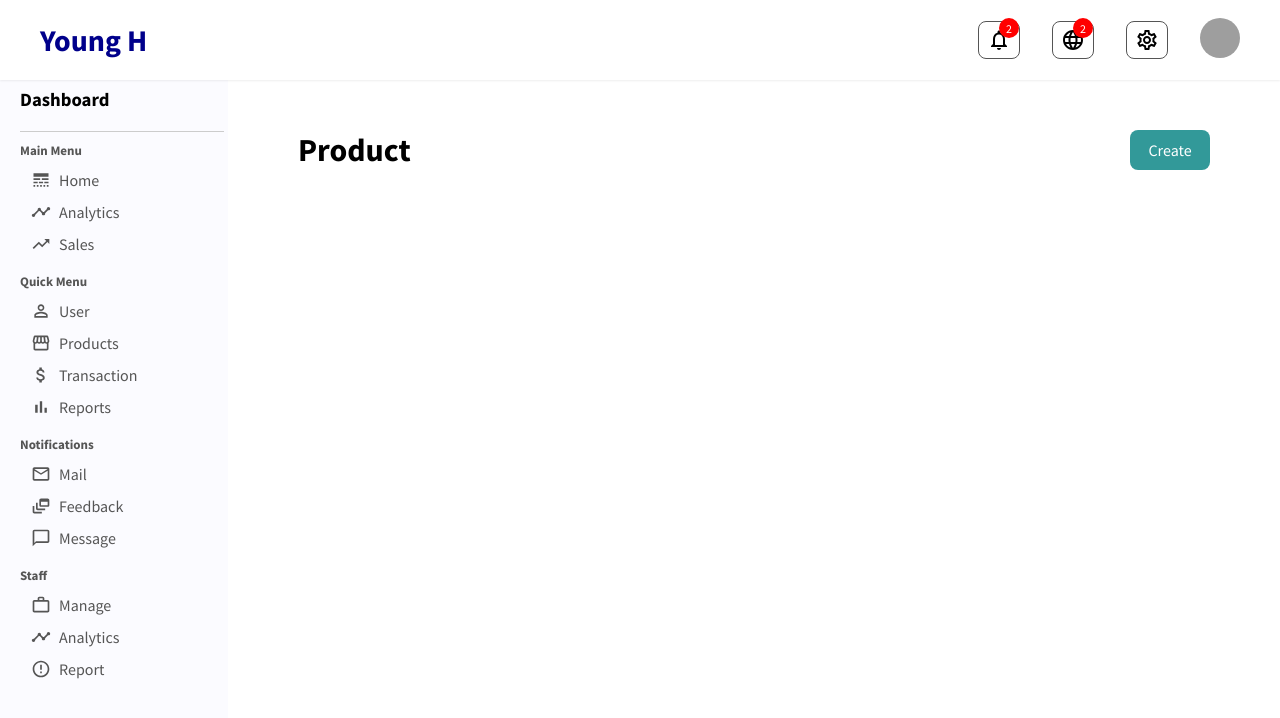
Repository: noname20011/admin
Page: /product/1
An editor plug-in stored every save of this project. The page is shown before and after the next save, followed by the edit.
The browser window is 1280 px wide. The pictures show the whole page.
Pictures or frames that could not be fetched are drawn as grey boxes. The project was rebuilt for these pictures with package versions that can differ from the ones it lists, and the page was loaded fresh each time. Also part of the build but not shown: src/pages/home/home.css, src/comopnents/featureInfo/feature.css, src/comopnents/featureInfo/Feature.jsx, src/comopnents/chart/chart.css, src/comopnents/chart/Chart.jsx, src/comopnents/widgetSm/widgetSm.css, src/comopnents/widgetSm/WidgetSm.jsx, src/comopnents/widgetLg/widgetLg.css and 13 more.

Above is the page before, as saved 2021-11-14 16:21:20.

After the next save:
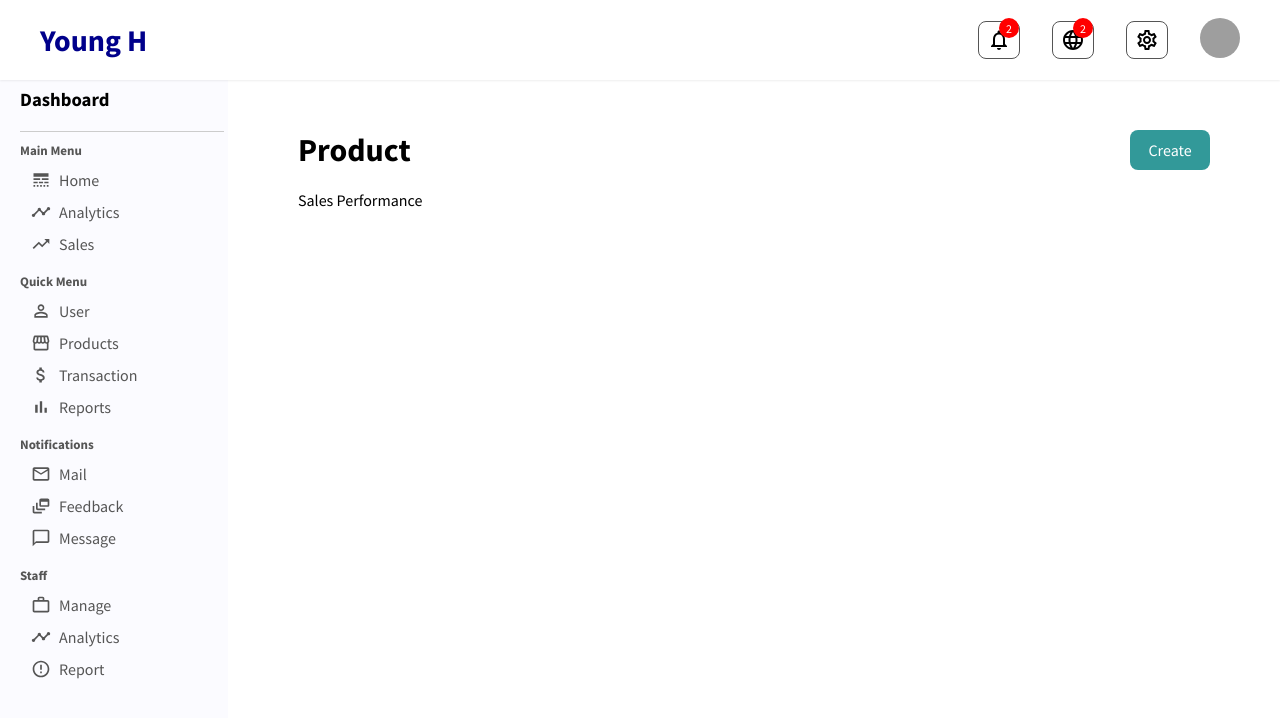
Saved 39 s later.
--- a/src/pages/product/Product.jsx
+++ b/src/pages/product/Product.jsx
@@ -13,7 +13,9 @@ export default function Product() {
                 </Link>
             </div>
             <div className="productTop">
-                <div className="productTopLeft"></div>
+                <div className="productTopLeft">
+                    <span className="productTopLeftTitle">Sales Performance</span>
+                </div>
                 <div className="productTopRight"></div>
             </div>
         </div>
